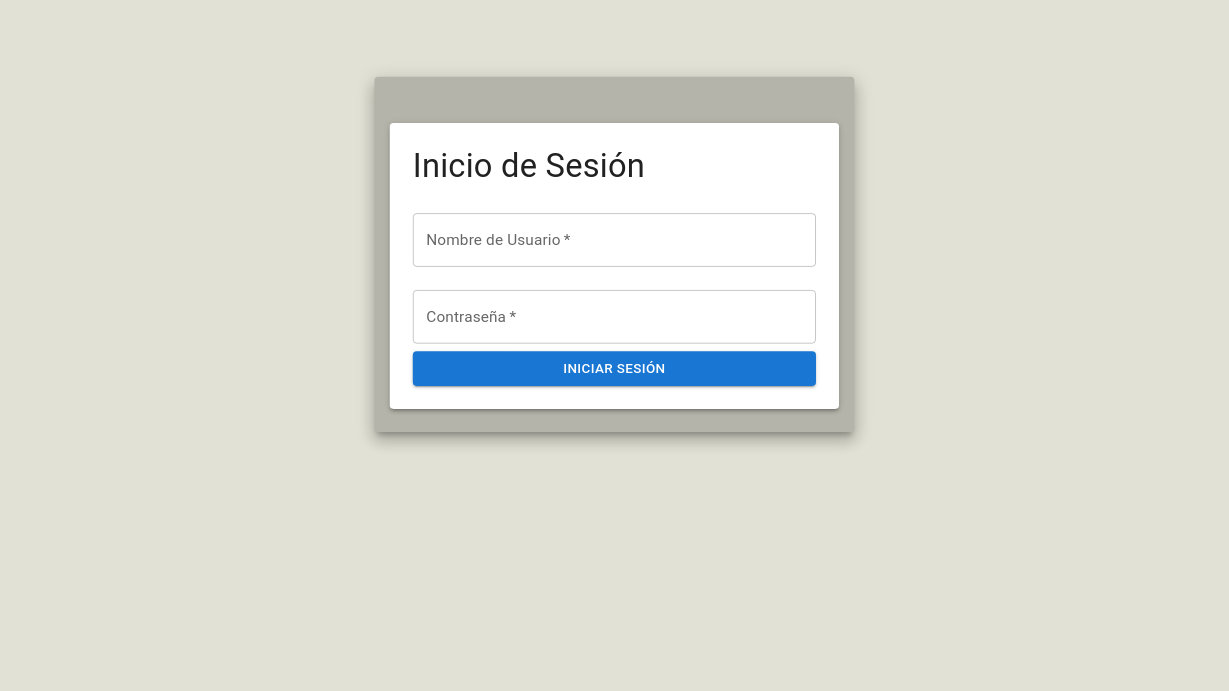
Repository: Mpablom/usuarioCaC-integrador-final-front
Page: /
The author's editor kept a copy of each file at every save. The page is drawn from the files as they stood at one save, then again after the next save.
The browser window is 1280 px wide. The pictures show the whole page, at 96% of full size.
The project was rebuilt for these pictures with package versions that can differ from the ones it lists, and the page was loaded fresh each time. Also part of the build but not shown: vite.config.ts, src/components/UsuariosTable.tsx.

Above is the page before, as saved 2024-07-11 00:29:59.

### src/App.tsx
// App.tsx (o donde configures tus rutas)
import React from 'react';
import {
  BrowserRouter as Router,
  Route,
  Routes,
  Navigate,
} from 'react-router-dom';
import Login from './components/Login'; // Componente de inicio de sesión
import UsuariosTable from './components/UsuariosTable'; // Componente de la tabla de usuarios

const App: React.FC = () => {
  return (
    <Router>
      <Routes>
        <Route path="/login" element={<Login />} />
        <Route path="/usuarios" element={<UsuariosTable />} />
        <Route path="/" element={<Navigate to="/login" />} />
      </Routes>
    </Router>
  );
};

export default App;

### src/index.css
 :root {
  font-family: system-ui, -apple-system, BlinkMacSystemFont, 'Segoe UI', Roboto;
  line-height: 1.5;
  /* font-weight: 400; */

  color-scheme: light dark;
  color: rgba(255, 255, 255, 0.87);
  background-color: #E1E1D5;

  font-synthesis: none;
  text-rendering: optimizeLegibility;
  -webkit-font-smoothing: antialiased;
  -moz-osx-font-smoothing: grayscale;
}
Card{
  background-color: #B4B4AA;
}
/*
a {
  font-weight: 500;
  color: #646cff;
  text-decoration: inherit;
}
a:hover {
  color: #535bf2;
}

body {
  margin: 0;
  display: flex;
  place-items: center;
  min-width: 320px;
  min-height: 100vh;
}

h1 {
  font-size: 3.2em;
  line-height: 1.1;
  color: #1a1a1a;
}

button {
  border-radius: 8px;
  border: 1px solid transparent;
  padding: 0.6em 1.2em;
  font-size: 1em;
  font-weight: 500;
  font-family: inherit;
  background-color: #1a1a1a;
  cursor: pointer;
  transition: border-color 0.25s;
}
button:hover {
  border-color: #646cff;
}
button:focus,
button:focus-visible {
  outline: 4px auto -webkit-focus-ring-color;
}

@media (prefers-color-scheme: light) {
  :root {
    color: #213547;
    background-color: #ffffff;
  }
  a:hover {
    color: #747bff;
  }
  button {
    background-color: #f9f9f9;
  }
}
 */

### src/components/Login.tsx
import {
  Button,
  Card,
  CardContent,
  CardHeader,
  Container,
  TextField,
  Typography,
} from "@mui/material";
import { login } from "../axios/UsuarioApi";
import { useState } from "react";
import { useNavigate } from "react-router-dom";

const Login: React.FC = () => {
  const [username, setUsername] = useState("");
  const [password, setPassword] = useState("");
  const [error, setError] = useState("");
  const navigate = useNavigate();
  const handleLogin = async (event: React.FormEvent<HTMLFormElement>) => {
    event.preventDefault();
    setError("");
    try {
      const response = await login({ username, password });
      if (response.message === "Autenticación exitosa") {
        navigate("/usuarios");
      }
    } catch (error) {
      setError("Error al iniciar sesión");
    }
  };
  return (
    <Card
      sx={{
        maxWidth: 500,
        margin: "auto",
        boxShadow: "10",
        mt: 10,
        bgcolor: "#B4B4AA",
      }}
    >
      <CardHeader />
      <CardContent>
        <Container sx={{ bgcolor: "#FFFFFF", p: 3, boxShadow: 3, borderRadius: 1 }}>
          <Typography variant="h4" component="h1" gutterBottom>
            Inicio de Sesión
          </Typography>
          <form onSubmit={handleLogin}>
            <TextField
              label="Nombre de Usuario"
              variant="outlined"
              fullWidth
              margin="normal"
              value={username}
              onChange={(e) => setUsername(e.target.value)}
              required
            />
            <TextField
              label="Contraseña"
              variant="outlined"
              fullWidth
              margin="normal"
              type="password"
              value={password}
              onChange={(e) => setPassword(e.target.value)}
              required
            />
            {error && (
              <Typography color="error" variant="body2">
                {error}
              </Typography>
            )}
            <Button type="submit" variant="contained" color="primary" fullWidth>
              Iniciar Sesión
            </Button>
          </form>
        </Container>
      </CardContent>
    </Card>
  );
};

export default Login;

### src/axios/UsuarioApi.ts
import api from './Api';
import { Usuario, UsuarioLogin } from '../models/UsuarioModel';

export const getUsuarios = async (): Promise<Usuario[]> => {
  const response = await api.get('/usuarios');
  return response.data;
};

export const getUsuarioById = async (id: number): Promise<Usuario> => {
  const response = await api.get(`/usuarios/${id}`);
  return response.data;
};

export const createUsuario = async (usuario: Usuario): Promise<void> => {
  const response = await api.post('/usuarios', usuario);
  return response.data;
};

export const updateUsuario = async (id: number, usuario: Usuario): Promise<void> => {
  const response = await api.put(`/usuarios/${id}`, usuario);
  return response.data;
};

export const deleteUsuario = async (id: number): Promise<void> => {
  const response = await api.delete(`/usuarios/${id}`);
  return response.data;
};

export const restoreUsuario = async (id: number): Promise<void> => {
  const response = await api.patch(`/usuarios/${id}`);
  return response.data;
};
export const login = async (usuarioLogin: UsuarioLogin): Promise<Usuario> => {
    try {
        const response = await api.post(`/usuarios/login`, usuarioLogin);
        return response.data as Usuario; // Asegúrate de que response.data sea del tipo Usuario
    } catch (error) {
        if (error instanceof Error) {
            throw new Error(`Error al iniciar sesión: ${error.message}`);
        } else {
            throw new Error(`Error al iniciar sesión: Error desconocido`);
        }
    }
  }

### src/axios/api.ts
import axios from 'axios';

const api = axios.create({
  baseURL: 'http://localhost:8080',
  headers: {
    'Content-Type': 'application/json',
  },
});

export default api;

Loaded but not shown: index.html (common file); src/main.tsx (common file)

After the next save:
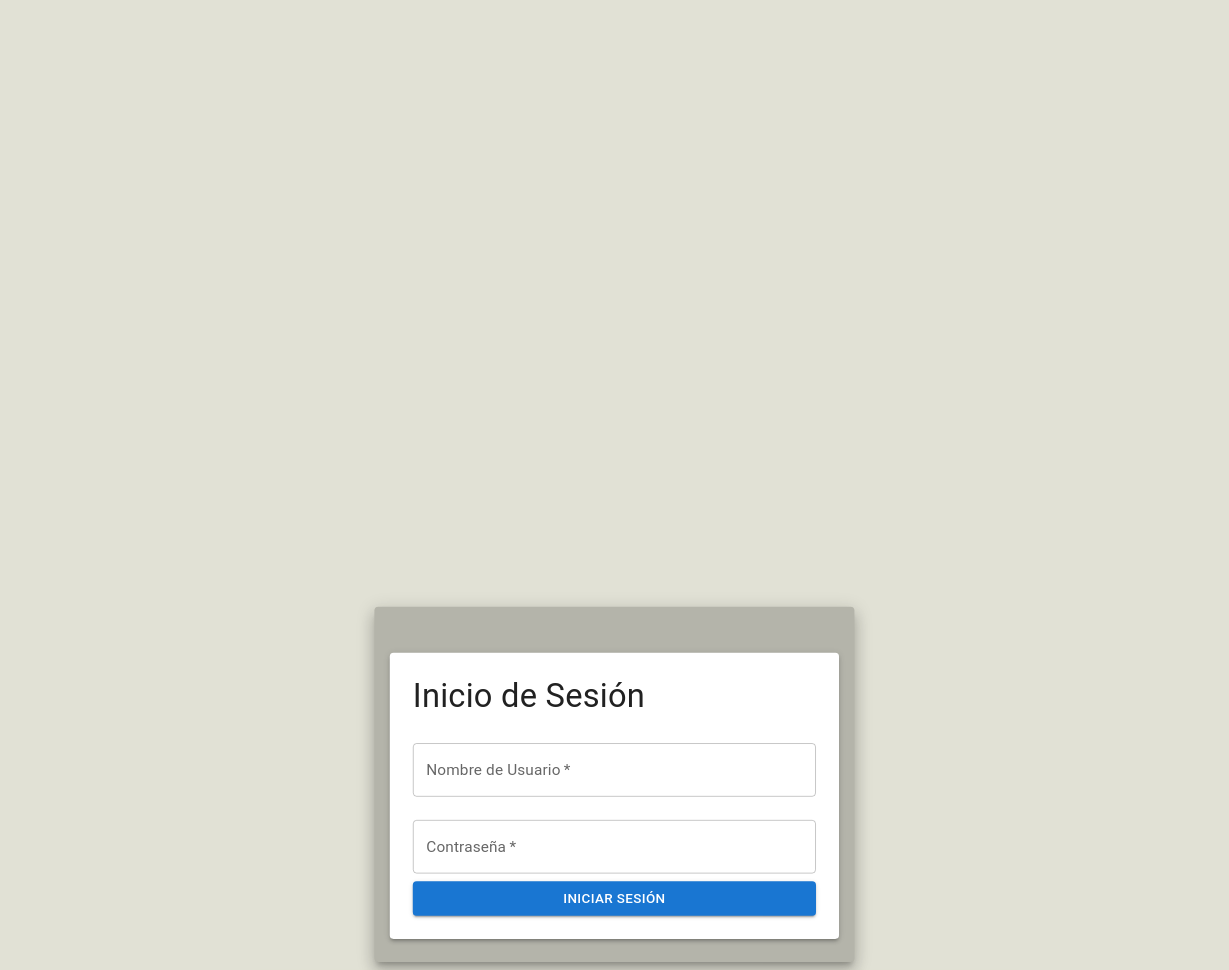
Saved 39 s later.
--- a/src/components/Login.tsx
+++ b/src/components/Login.tsx
@@ -34,7 +34,7 @@ const Login: React.FC = () => {
         maxWidth: 500,
         margin: "auto",
         boxShadow: "10",
-        mt: 10,
+        mt: '50%',
         bgcolor: "#B4B4AA",
       }}
     >
